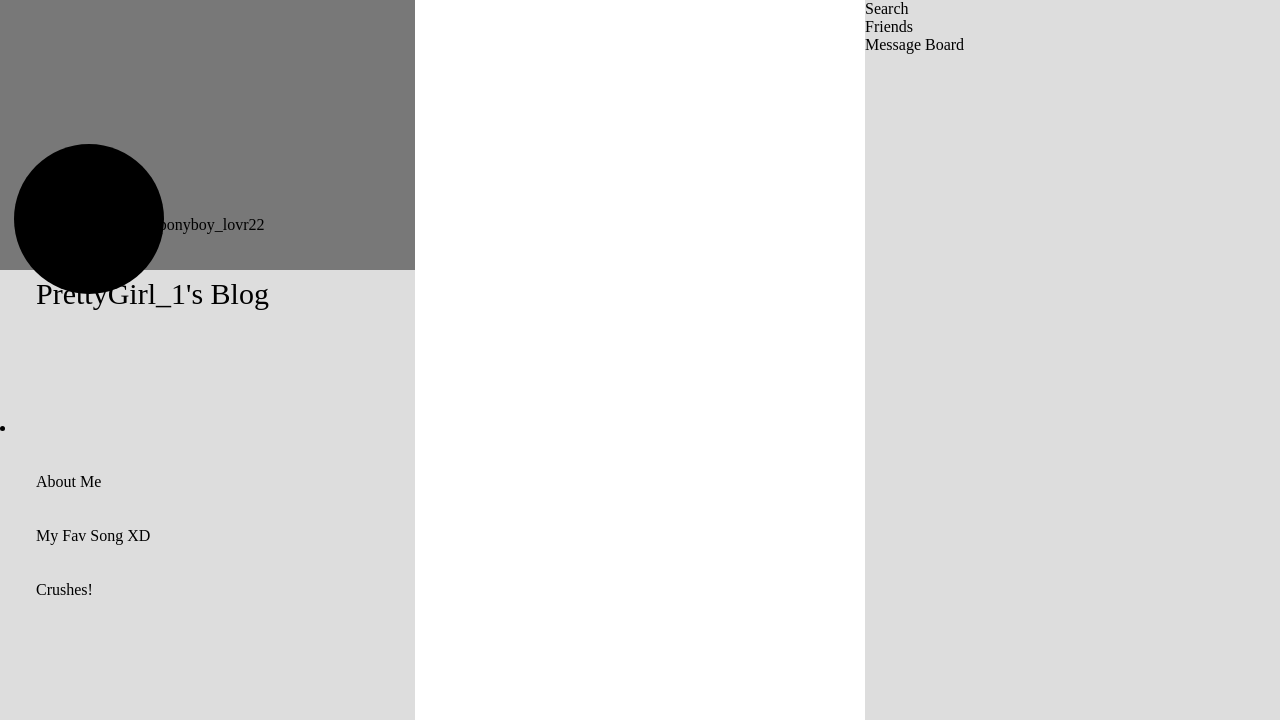
Repository: Jennica1/Frontend-Final
Page: index.html
The author's editor kept a copy of each file at every save. The page is drawn from the files as they stood at one save, then again after the next save.
The browser window is 1280 px wide. The pictures show the whole page.

Above is the page before, as saved 2024-05-10 11:33:11.

After the next save:
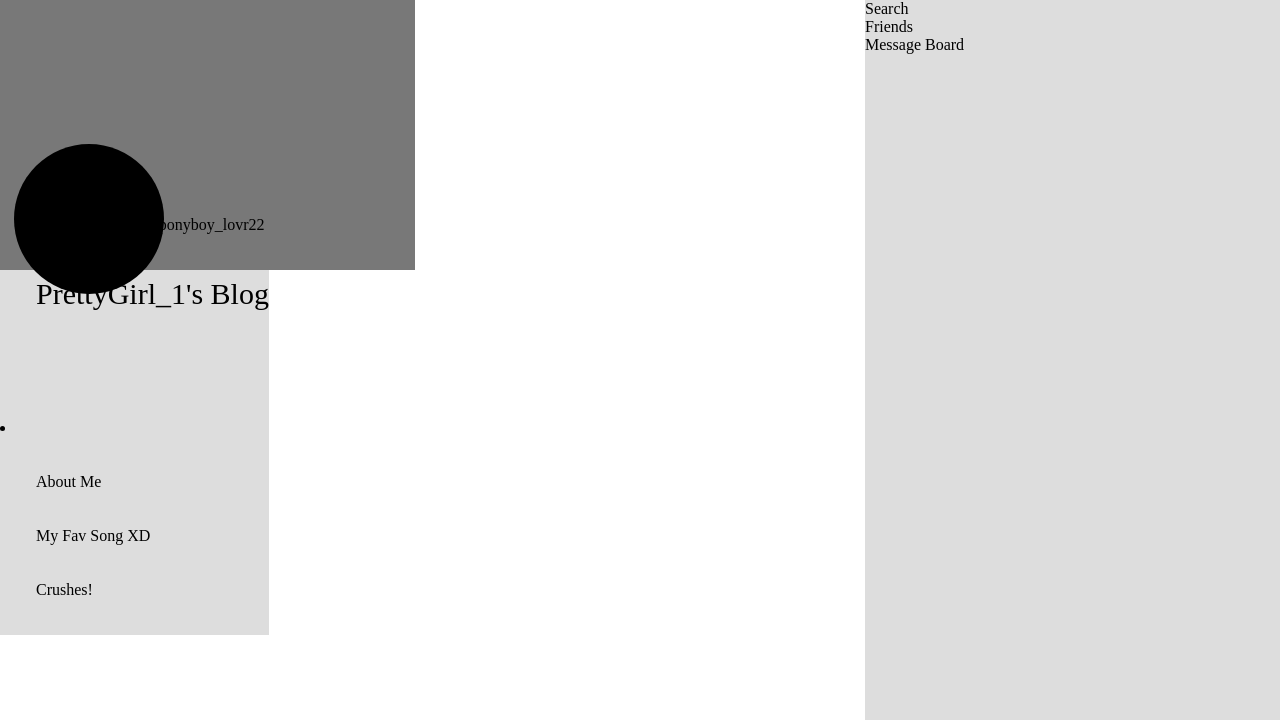
Saved 18 s later.
--- a/style.css
+++ b/style.css
@@ -16,8 +16,6 @@
 }
 
 .sidebar-left {
-  width: 415px;
-  height: 1980px;
   background-color: rgb(221, 221, 221);
   z-index: 0;
   position: fixed;
